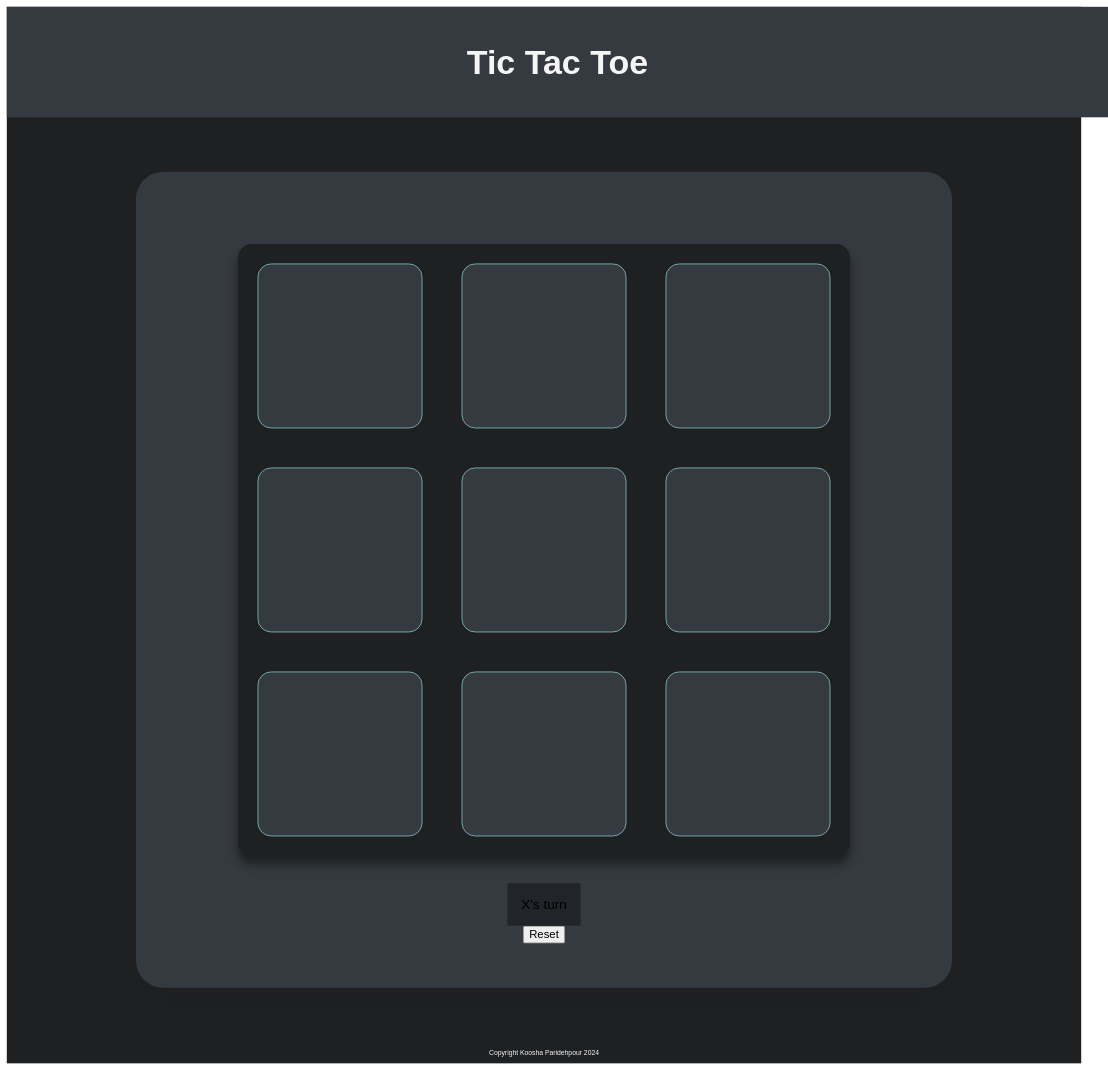
Repository: KooshaPari/odin-TTT
Page: index.html
An editor plug-in stored every save of this project. The page is shown before and after the next save, followed by the edit.
The browser window is 1280 px wide. The page is 1304 px wide, so the pictures cover 1304 px, including what lies to the right of the window. The pictures show the whole page, at 85% of full size.

Above is the page before, as saved 2024-03-14 23:45:02.

After the next save:
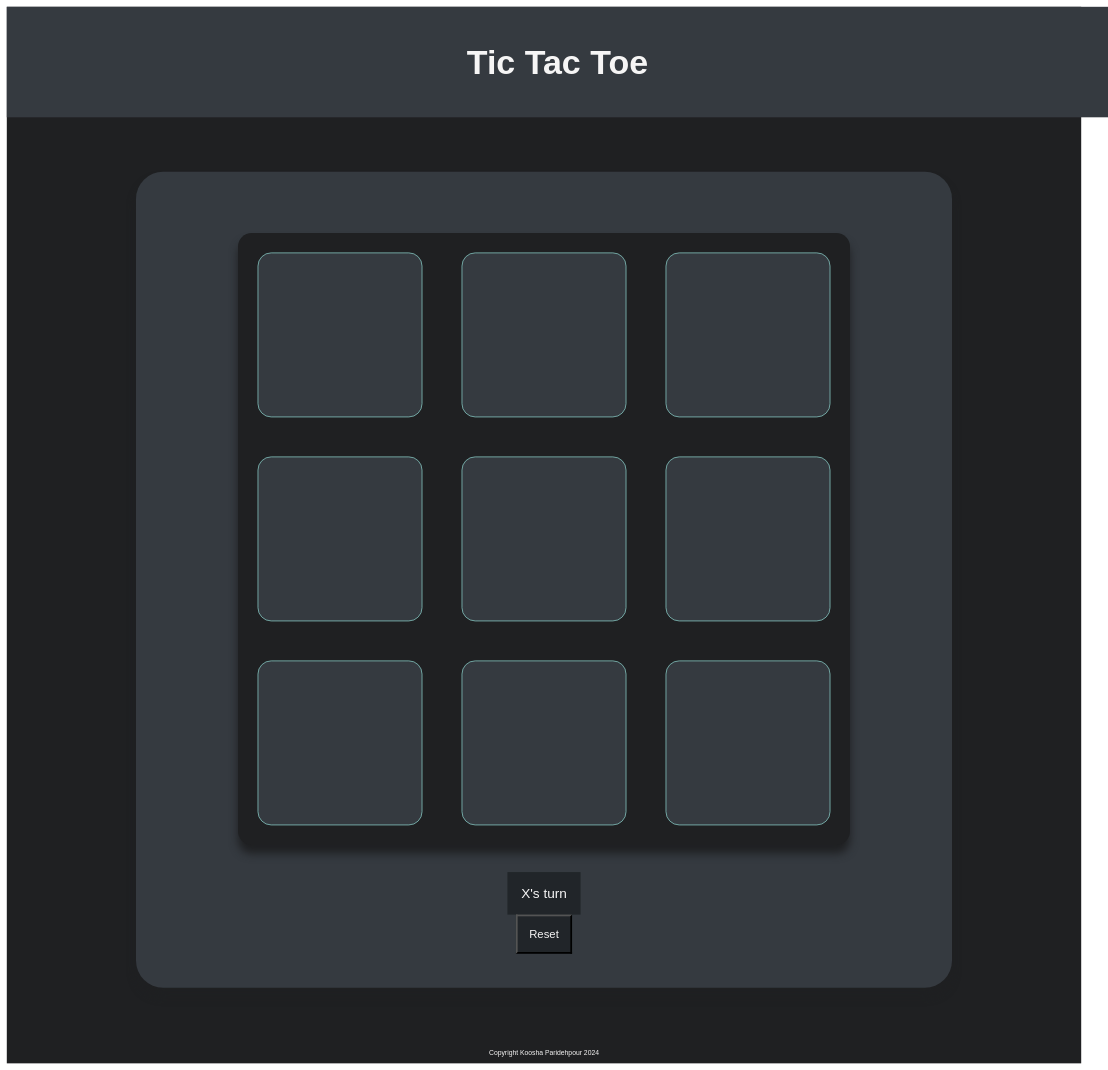
Saved 5 s later.
--- a/style.css
+++ b/style.css
@@ -152,4 +152,5 @@
   -ms-transform: scale(1.1) translate(0, 0.5em);
   -o-transform: scale(1.1) translate(0, 0.5em);
 }
-#status{ padding:1em; background-color:#212529;}
+#status{ padding:1em; background-color:#212529; color:#f6f5f5; }
+#reset{ padding:1em; background-color:#212529; color:#f6f5f5; }
